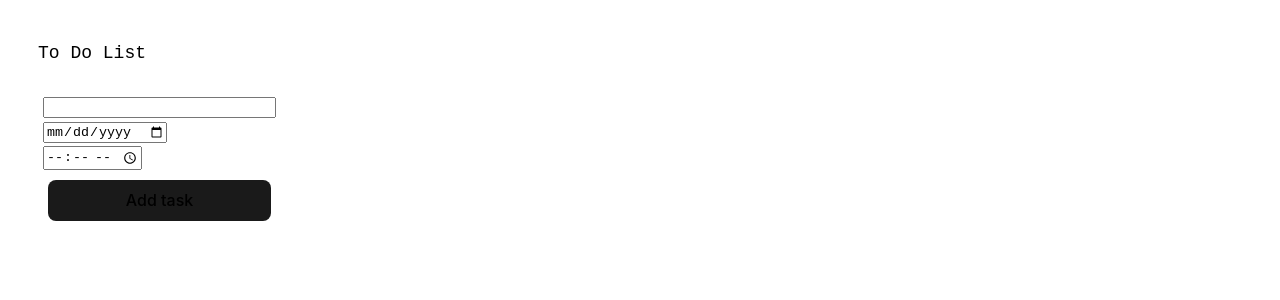
Repository: aknurkappar/nfactorial-web-advanced-todolist-homework
Page: / (app in front/toDoFront/)
The author's editor kept a copy of each file at every save. The page is drawn from the files as they stood at one save, then again after the next save.
The browser window is 1280 px wide. The pictures show the whole page.
The page's requests for data from a server got no answer. The project was rebuilt for these pictures with package versions that can differ from the ones it lists, and the page was loaded fresh each time. No one was signed in, and anything a server would have sent is missing. Also part of the build but not shown: front/toDoFront/vite.config.ts.

Above is the page before, as saved 2023-05-09 14:59:52.

After the next save:
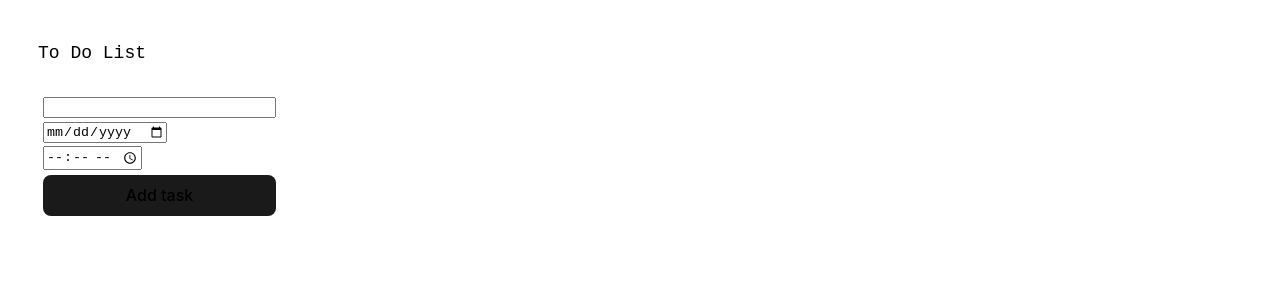
Saved 5 s later.
--- a/front/toDoFront/src/components/AddTaskComponent/index.css
+++ b/front/toDoFront/src/components/AddTaskComponent/index.css
@@ -6,5 +6,5 @@
 }
 
 .add-task-form button{
-    margin: 10px;
+    margin: 5px;
 }
